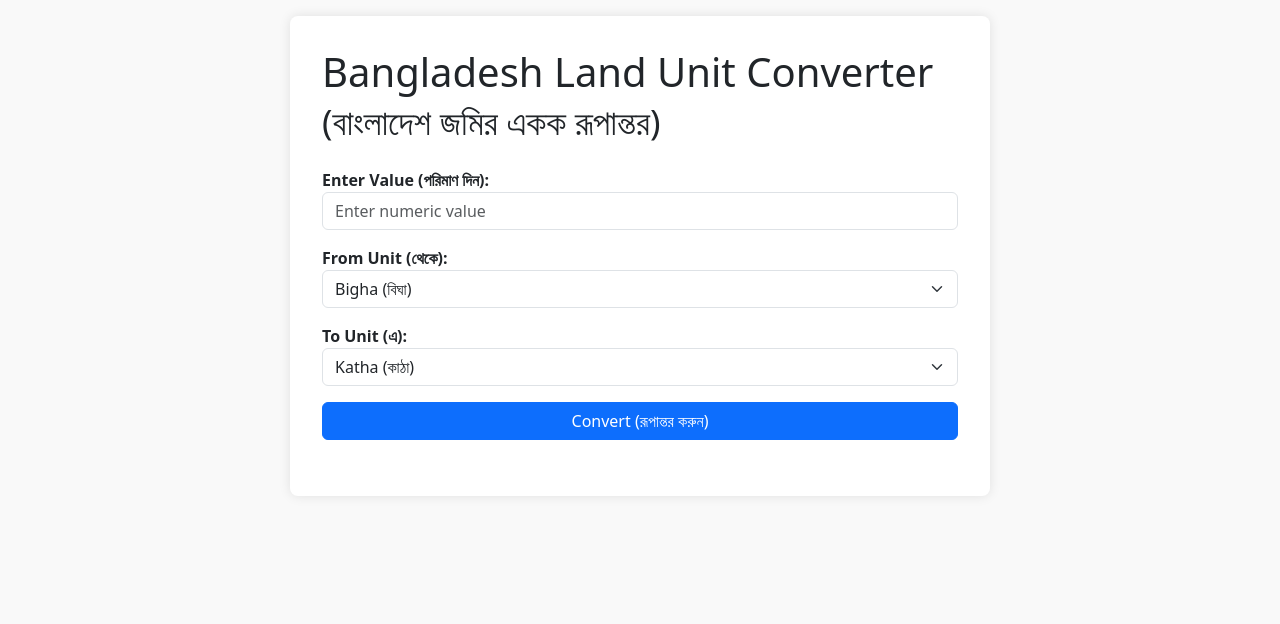
Repository: smriad/bdland
Page: http://localhost/
These files come from the project's save history. The page is drawn as it stood at one moment and after the next save; the edit follows.
The browser window is 1280 px wide. The pictures show the whole page.
The page is run by PHP 8.4 with error messages shown; the project is at /var/www/html/.

Above is the page before, as saved 2025-07-22 16:24:05.

### index.php
<!DOCTYPE html>
<html lang="bn">
<head>
<meta charset="UTF-8" />
<meta name="viewport" content="width=device-width, initial-scale=1" />
<title>Bangladesh Land Unit Converter (বাংলাদেশ জমির একক রূপান্তর)</title>
<meta name="description" content="Convert all Bangladesh land units like Paki, Bigha, Decimal, Shotangsho, Katha, Kani, Gonda, Acre and more with this converter. বাংলায় ও ইংরেজিতে।" />
<meta name="keywords" content="Bangladesh land unit converter, Paki, Bigha, Decimal, Katha, Kani, Gonda, Acre, Shotangsho, জমির একক রূপান্তর" />
<meta name="author" content="Riad" />
<link rel="stylesheet" href="https://cdnjs.cloudflare.com/ajax/libs/bootstrap/5.3.2/css/bootstrap.min.css" />
<style>
  body { background: #f9f9f9; padding: 1rem; }
  .container { max-width: 700px; margin: auto; background: white; padding: 2rem; border-radius: 8px; box-shadow: 0 0 12px rgba(0,0,0,0.1); }
  h1 { margin-bottom: 1.5rem; }
  label { font-weight: 600; }
  #result { margin-top: 1.5rem; font-size: 1.25rem; font-weight: 700; }
</style>
</head>
<body>
  <div class="container">
    <h1>Bangladesh Land Unit Converter <br/><small>(বাংলাদেশ জমির একক রূপান্তর)</small></h1>

    <label for="inputValue">Enter Value (পরিমাণ দিন):</label>
    <input type="number" id="inputValue" class="form-control mb-3" placeholder="Enter numeric value" />

    <label for="fromUnit">From Unit (থেকে):</label>
    <select id="fromUnit" class="form-select mb-3"></select>

    <label for="toUnit">To Unit (এ):</label>
    <select id="toUnit" class="form-select mb-3"></select>

    <button class="btn btn-primary w-100" onclick="convert()">Convert (রূপান্তর করুন)</button>

    <div id="result" class="mt-4 text-center"></div>
  </div>

<script>
  // Define units with their equivalent in square feet (base unit)
  const units = {
    "paki": 47520,  // 1 Paki = 1 Bigha = 33 Decimal, so 1 Bigha in sqft ~ 47520 (approx 33*1440)
    "bigha": 47520,
    "decimal": 1440, // 1 Decimal approx = 1440 sqft (435.6 * 3.3 approx corrected for local usage)
    "shotangsho": 435.6,  // 1 Shotangsho = 435.6 sqft
    "katha": 720,         // 1 Katha = 720 sqft approx
    "ojutangsho": 4.35,   // 1 Ojutangsho = Shotangsho / 100 = 435.6 / 100 = 4.356 sqft approx
    "kani": 17280,        // 1 Kani = 17280 sqft
    "gonda": 864,         // 1 Gonda = 864 sqft
    "kora": 216,          // 1 Kora = 216 sqft
    "kranti": 72,         // 1 Kranti = 72 sqft
    "til": 3.6,           // 1 Til = 3.6 sqft
    "acre": 43560,        // 1 Acre = 43560 sqft
    "chain": 4356,        // 1 Chain = 66 feet * 66 feet = 4356 sqft
    "square_meter": 10.7639, // 1 sqm = 10.7639 sqft
    "square_link": 0.4356,   // 1 Square Link = 0.4356 sqft
    "bargo_hat": 5.04,    // 1 Bargo Hat (8 Hat Nol) ~ 5.04 sqft approx
    // add more if needed
  };

  // Unit names with Bengali and English
  const unitNames = {
    "paki": "Paki (পাকি)",
    "bigha": "Bigha (বিঘা)",
    "decimal": "Decimal (ডেসিমেল)",
    "shotangsho": "Shotangsho (শতাংশ)",
    "katha": "Katha (কাঠা)",
    "ojutangsho": "Ojutangsho (ওজুতাংশ)",
    "kani": "Kani (কানি)",
    "gonda": "Gonda (গণ্ডা)",
    "kora": "Kora (কোরা)",
    "kranti": "Kranti (ক্রান্তি)",
    "til": "Til (তিল)",
    "acre": "Acre (একর)",
    "chain": "Chain (চেইন)",
    "square_meter": "Square Meter (বর্গ মিটার)",
    "square_link": "Square Link (বর্গ লিঙ্ক)",
    "bargo_hat": "Bargo Hat (বার্গো হাত)",
  };

  // Populate dropdowns
  window.onload = () => {
    const fromSelect = document.getElementById("fromUnit");
    const toSelect = document.getElementById("toUnit");
    for (const key in units) {
      let optionFrom = document.createElement("option");
      optionFrom.value = key;
      optionFrom.text = unitNames[key];
      fromSelect.appendChild(optionFrom);

      let optionTo = document.createElement("option");
      optionTo.value = key;
      optionTo.text = unitNames[key];
      toSelect.appendChild(optionTo);
    }
    // Default selections
    fromSelect.value = "bigha";
    toSelect.value = "katha";
  };

  function convert() {
    const value = parseFloat(document.getElementById("inputValue").value);
    const fromUnit = document.getElementById("fromUnit").value;
    const toUnit = document.getElementById("toUnit").value;
    const resultDiv = document.getElementById("result");

    if (isNaN(value) || value <= 0) {
      resultDiv.innerHTML = "Please enter a valid positive number (একটি বৈধ ধনাত্মক সংখ্যা লিখুন)";
      return;
    }
    if (!units[fromUnit] || !units[toUnit]) {
      resultDiv.innerHTML = "Invalid unit selection (ভুল একক নির্বাচন)";
      return;
    }

    // Convert input value to square feet (base unit)
    const valueInSqFt = value * units[fromUnit];

    // Convert square feet to target unit
    const convertedValue = valueInSqFt / units[toUnit];

    resultDiv.innerHTML = `
      ${value} ${unitNames[fromUnit]} = <strong>${convertedValue.toFixed(4)}</strong> ${unitNames[toUnit]} <br/>
      (${value} ${unitNames[fromUnit]} = <strong>${convertedValue.toFixed(4)}</strong> ${unitNames[toUnit]})
    `;
  }
</script>
</body>
</html>

After the next save:
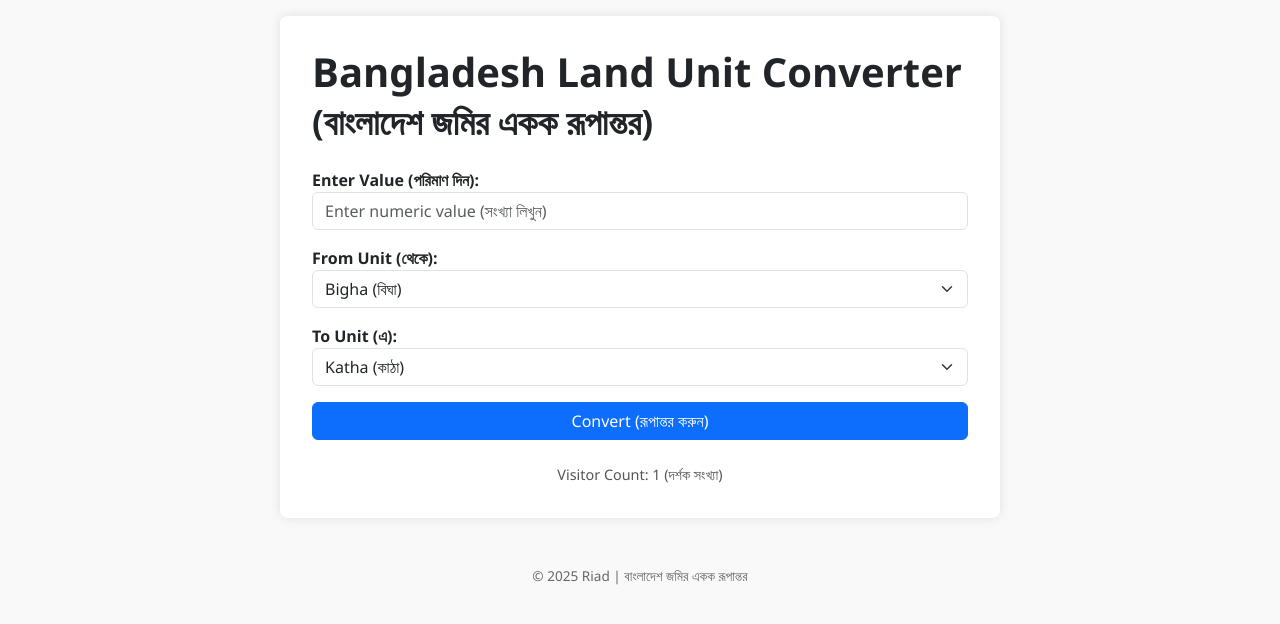
Saved 8 min 43 s later.
--- a/index.php
+++ b/index.php
@@ -9,74 +9,84 @@
 <meta name="author" content="Riad" />
 <link rel="stylesheet" href="https://cdnjs.cloudflare.com/ajax/libs/bootstrap/5.3.2/css/bootstrap.min.css" />
 <style>
-  body { background: #f9f9f9; padding: 1rem; }
-  .container { max-width: 700px; margin: auto; background: white; padding: 2rem; border-radius: 8px; box-shadow: 0 0 12px rgba(0,0,0,0.1); }
-  h1 { margin-bottom: 1.5rem; }
+  body { background: #f9f9f9; padding: 1rem; font-family: 'Segoe UI', Tahoma, Geneva, Verdana, sans-serif; }
+  .container { max-width: 720px; margin: auto; background: white; padding: 2rem; border-radius: 8px; box-shadow: 0 0 12px rgba(0,0,0,0.1); }
+  h1 { margin-bottom: 1.5rem; font-weight: 700; }
   label { font-weight: 600; }
   #result { margin-top: 1.5rem; font-size: 1.25rem; font-weight: 700; }
+  #visitorCount { margin-top: 1rem; font-size: 0.9rem; color: #555; text-align: center; }
+  footer { margin-top: 3rem; font-size: 0.85rem; color: #666; text-align: center; }
 </style>
 </head>
 <body>
-  <div class="container">
-    <h1>Bangladesh Land Unit Converter <br/><small>(বাংলাদেশ জমির একক রূপান্তর)</small></h1>
+  <div class="container" role="main">
+    <h1>Bangladesh Land Unit Converter<br/><small>(বাংলাদেশ জমির একক রূপান্তর)</small></h1>
 
     <label for="inputValue">Enter Value (পরিমাণ দিন):</label>
-    <input type="number" id="inputValue" class="form-control mb-3" placeholder="Enter numeric value" />
+    <input type="number" id="inputValue" class="form-control mb-3" placeholder="Enter numeric value (সংখ্যা লিখুন)" min="0" step="any" />
 
     <label for="fromUnit">From Unit (থেকে):</label>
-    <select id="fromUnit" class="form-select mb-3"></select>
+    <select id="fromUnit" class="form-select mb-3" aria-label="Select from unit"></select>
 
     <label for="toUnit">To Unit (এ):</label>
-    <select id="toUnit" class="form-select mb-3"></select>
+    <select id="toUnit" class="form-select mb-3" aria-label="Select to unit"></select>
 
     <button class="btn btn-primary w-100" onclick="convert()">Convert (রূপান্তর করুন)</button>
 
-    <div id="result" class="mt-4 text-center"></div>
+    <div id="result" class="mt-4 text-center" aria-live="polite"></div>
+
+    <div id="visitorCount" aria-live="polite"></div>
   </div>
 
+  <footer>
+    &copy; 2025 Riad | বাংলাদেশ জমির একক রূপান্তর
+  </footer>
+
 <script>
-  // Define units with their equivalent in square feet (base unit)
+  // Land units base in square feet (sqft)
+  // Based on your formulas and approximate conversions.
   const units = {
-    "paki": 47520,  // 1 Paki = 1 Bigha = 33 Decimal, so 1 Bigha in sqft ~ 47520 (approx 33*1440)
-    "bigha": 47520,
-    "decimal": 1440, // 1 Decimal approx = 1440 sqft (435.6 * 3.3 approx corrected for local usage)
-    "shotangsho": 435.6,  // 1 Shotangsho = 435.6 sqft
-    "katha": 720,         // 1 Katha = 720 sqft approx
-    "ojutangsho": 4.35,   // 1 Ojutangsho = Shotangsho / 100 = 435.6 / 100 = 4.356 sqft approx
-    "kani": 17280,        // 1 Kani = 17280 sqft
-    "gonda": 864,         // 1 Gonda = 864 sqft
-    "kora": 216,          // 1 Kora = 216 sqft
-    "kranti": 72,         // 1 Kranti = 72 sqft
-    "til": 3.6,           // 1 Til = 3.6 sqft
-    "acre": 43560,        // 1 Acre = 43560 sqft
-    "chain": 4356,        // 1 Chain = 66 feet * 66 feet = 4356 sqft
-    "square_meter": 10.7639, // 1 sqm = 10.7639 sqft
-    "square_link": 0.4356,   // 1 Square Link = 0.4356 sqft
-    "bargo_hat": 5.04,    // 1 Bargo Hat (8 Hat Nol) ~ 5.04 sqft approx
-    // add more if needed
+    paki: 47520,             // 1 Paki = 1 Bigha = 33 Decimal => 33*1440=47520 sqft approx
+    bigha: 47520,
+    decimal: 1440,           // 1 Decimal ~1440 sqft
+    shotangsho: 435.6,       // 1 Shotangsho = 435.6 sqft
+    kattah: 720,             // 1 Katha (Kattah) = 720 sqft approx
+    ojutangsho: 4.356,       // 1 Ojutangsho = Shotangsho/100 = 4.356 sqft approx
+    kani: 17280,             // 1 Kani = 17280 sqft
+    gonda: 864,              // 1 Gonda = 864 sqft
+    kora: 216,               // 1 Kora = 216 sqft
+    kranti: 72,              // 1 Kranti = 72 sqft
+    til: 3.6,                // 1 Til = 3.6 sqft
+    acre: 43560,             // 1 Acre = 43560 sqft
+    chain: 4356,             // 1 Chain = 66ft * 66ft = 4356 sqft
+    square_meter: 10.7639,   // 1 sqm = 10.7639 sqft
+    square_link: 0.4356,     // 1 Square Link = 0.4356 sqft
+    bargo_hat: 5.04,         // 1 Bargo Hat approx 5.04 sqft
+    shotok: 435.6,           // Alias for shotangsho
   };
 
-  // Unit names with Bengali and English
+  // Unit names in Bangla & English
   const unitNames = {
-    "paki": "Paki (পাকি)",
-    "bigha": "Bigha (বিঘা)",
-    "decimal": "Decimal (ডেসিমেল)",
-    "shotangsho": "Shotangsho (শতাংশ)",
-    "katha": "Katha (কাঠা)",
-    "ojutangsho": "Ojutangsho (ওজুতাংশ)",
-    "kani": "Kani (কানি)",
-    "gonda": "Gonda (গণ্ডা)",
-    "kora": "Kora (কোরা)",
-    "kranti": "Kranti (ক্রান্তি)",
-    "til": "Til (তিল)",
-    "acre": "Acre (একর)",
-    "chain": "Chain (চেইন)",
-    "square_meter": "Square Meter (বর্গ মিটার)",
-    "square_link": "Square Link (বর্গ লিঙ্ক)",
-    "bargo_hat": "Bargo Hat (বার্গো হাত)",
+    paki: "Paki (পাকি)",
+    bigha: "Bigha (বিঘা)",
+    decimal: "Decimal (ডেসিমেল)",
+    shotangsho: "Shotangsho (শতাংশ)",
+    kattah: "Katha (কাঠা)",
+    ojutangsho: "Ojutangsho (ওজুতাংশ)",
+    kani: "Kani (কানি)",
+    gonda: "Gonda (গণ্ডা)",
+    kora: "Kora (কোরা)",
+    kranti: "Kranti (ক্রান্তি)",
+    til: "Til (তিল)",
+    acre: "Acre (একর)",
+    chain: "Chain (চেইন)",
+    square_meter: "Square Meter (বর্গ মিটার)",
+    square_link: "Square Link (বর্গ লিঙ্ক)",
+    bargo_hat: "Bargo Hat (বার্গো হাত)",
+    shotok: "Shotok (শতক)",  // alternate name
   };
 
-  // Populate dropdowns
+  // Populate select dropdowns on page load
   window.onload = () => {
     const fromSelect = document.getElementById("fromUnit");
     const toSelect = document.getElementById("toUnit");
@@ -93,7 +103,9 @@
     }
     // Default selections
     fromSelect.value = "bigha";
-    toSelect.value = "katha";
+    toSelect.value = "kattah";
+
+    updateVisitorCount();
   };
 
   function convert() {
@@ -111,16 +123,26 @@
       return;
     }
 
-    // Convert input value to square feet (base unit)
+    // Convert input to sqft (base unit)
     const valueInSqFt = value * units[fromUnit];
-
-    // Convert square feet to target unit
+    // Convert sqft to target unit
     const convertedValue = valueInSqFt / units[toUnit];
 
     resultDiv.innerHTML = `
-      ${value} ${unitNames[fromUnit]} = <strong>${convertedValue.toFixed(4)}</strong> ${unitNames[toUnit]} <br/>
-      (${value} ${unitNames[fromUnit]} = <strong>${convertedValue.toFixed(4)}</strong> ${unitNames[toUnit]})
+      ${value} <strong>${unitNames[fromUnit]}</strong> = <strong>${convertedValue.toFixed(4)}</strong> <strong>${unitNames[toUnit]}</strong><br/>
+      (${value} ${unitNames[fromUnit]} = ${convertedValue.toFixed(4)} ${unitNames[toUnit]})
     `;
+  }
+
+  // Simple visitor counter using localStorage (for demo only)
+  function updateVisitorCount() {
+    const countKey = "landUnitConverterVisitorCount";
+    let count = localStorage.getItem(countKey);
+    if (!count) count = 0;
+    count = parseInt(count) + 1;
+    localStorage.setItem(countKey, count);
+    document.getElementById("visitorCount").textContent =
+      `Visitor Count: ${count} (দর্শক সংখ্যা)`;
   }
 </script>
 </body>
